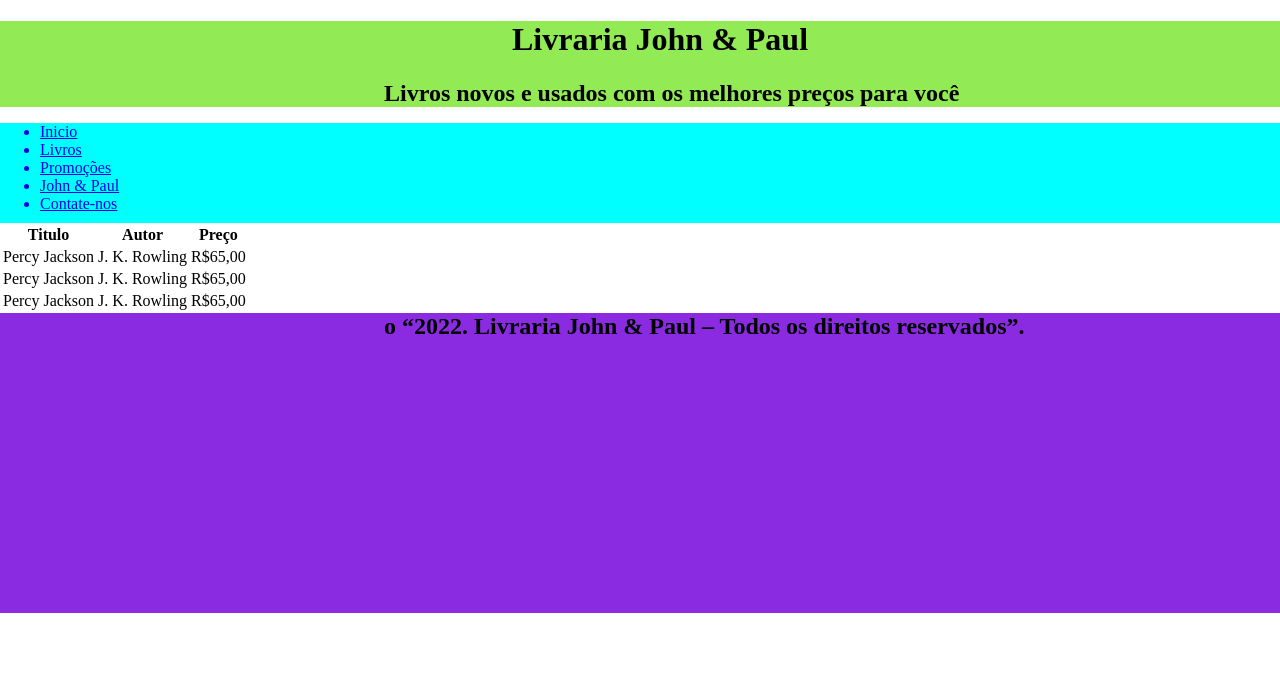
Repository: MarcoantonioCaldeira/Aprendizados-e-Conhecimentos
Page: Projeto-livraria/pages/produtos.html
An editor plug-in stored every save of this project. The page is shown before and after the next save, followed by the edit.
The browser window is 1280 px wide. The pictures show the whole page.

Above is the page before, as saved 2022-05-25 13:49:17.

After the next save:
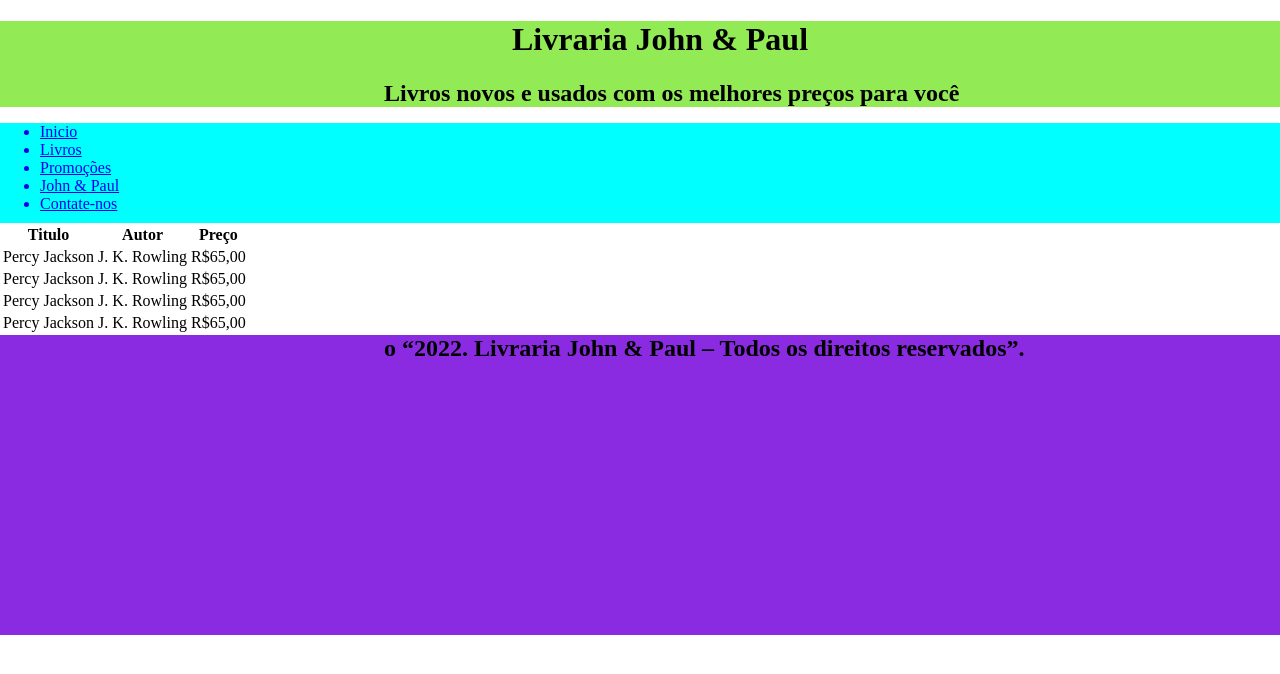
Saved 13 s later.
--- a/Projeto-livraria/pages/produtos.html
+++ b/Projeto-livraria/pages/produtos.html
@@ -48,6 +48,12 @@
                 <td>J. K. Rowling</td>
                 <td>R$65,00</td>
               </tr>
+
+              <tr>
+                <td>Percy Jackson</td>
+                <td>J. K. Rowling</td>
+                <td>R$65,00</td>
+              </tr>
             </table>
           </tbody>
 
